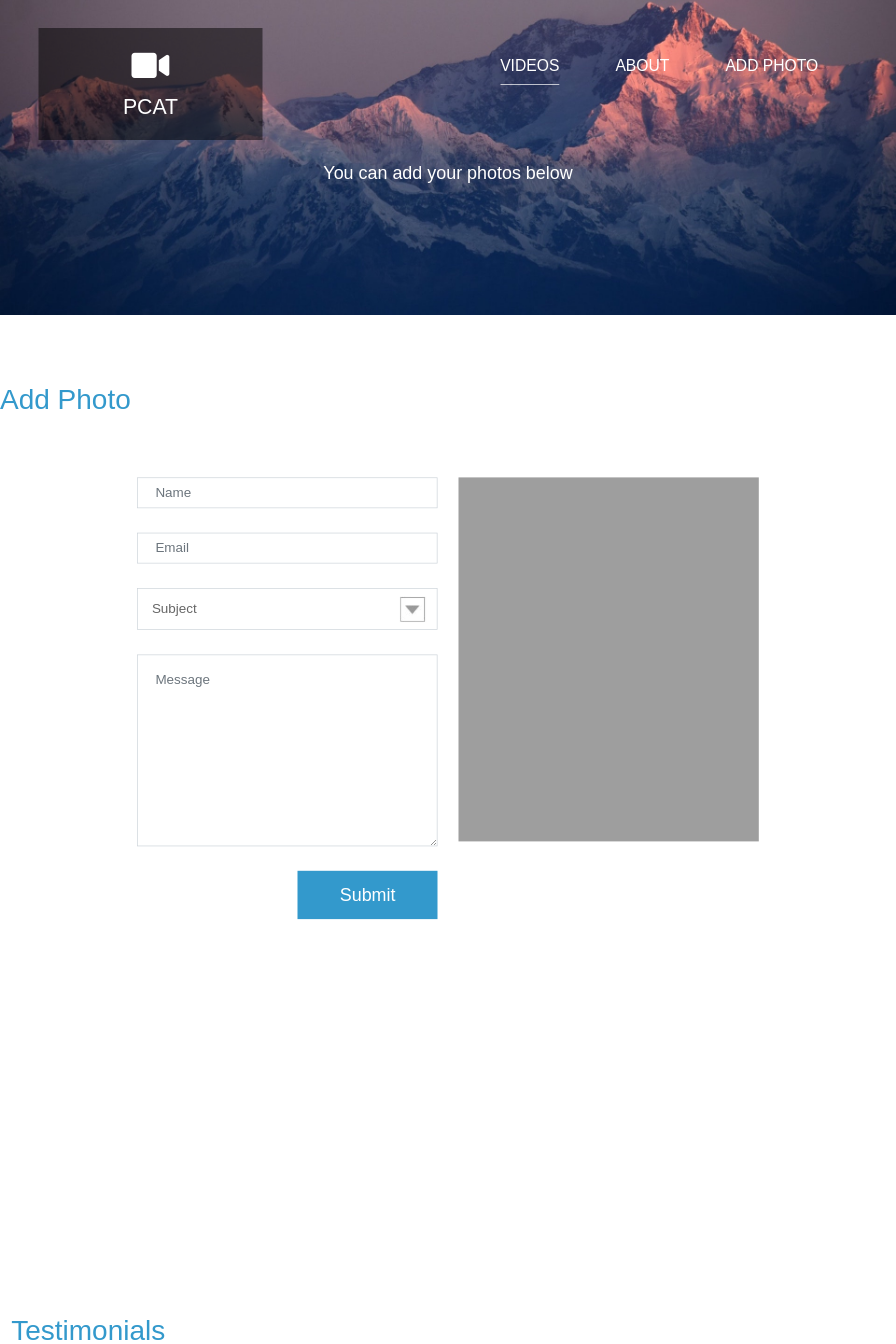
Repository: Marhamat92/PCAT-project-with-node-backend
Page: http://localhost/add
An editor plug-in stored every save of this project. The page is shown before and after the next save, followed by the edit.
The browser window is 1280 px wide. The pictures show the part of the page from y = 0 to 1920 px (the page is 3211 px tall), at 70% of full size.
Pictures or frames that could not be fetched are drawn as grey boxes. Backgrounds fixed to the window are drawn as part of the page. Some web fonts or font styles are not loaded; a fallback is used. The page is served by the project's Node server (app.js).

Above is the page before, as saved 2023-02-20 17:48:06.

### views/add.ejs
<%- include('partials/_header') %>

    <body>
        <div class="tm-page-wrap mx-auto">
            <div class="position-relative">
                <%- include('partials/_navigation') %>
                    <div class="tm-welcome-container tm-fixed-header tm-fixed-header-3">
                        <div class="text-center">
                            <p class="pt-5 px-3 tm-welcome-text tm-welcome-text-2 mb-1 mt-lg-0 mt-5 text-white mx-auto">
                                You can add your photos below
                            </p>
                        </div>
                    </div>

                    <div id="tm-fixed-header-bg"></div> <!-- Header image -->
            </div>

            <!-- Page content -->
            <main>
                <div class="container-fluid px-0">
                    <div class="mx-auto tm-content-container">
                        <div class="row mt-3 mb-5 pb-3">
                            <div class="col-12">

                                <h2 class="tm-page-title mb-4 tm-text-primary">Add Photo</h2>

                            </div>
                        </div>
                        <div class="mx-auto pb-3 tm-about-text-container px-3">
                            <div class="row">
                                <div class="col-lg-6 mb-5">
                                    <form id="contact-form" action="" method="POST" class="tm-contact-form">
                                        <div class="form-group">
                                            <input type="text" name="name" class="form-control rounded-0"
                                                placeholder="Name" required="" />
                                        </div>
                                        <div class="form-group">
                                            <input type="email" name="email" class="form-control rounded-0"
                                                placeholder="Email" required="" />
                                        </div>
                                        <div class="form-group">
                                            <select class="form-control" id="contact-select" name="inquiry">
                                                <option value="-">Subject</option>
                                                <option value="sales">Sales &amp; Marketing</option>
                                                <option value="creative">Creative Design</option>
                                                <option value="uiux">UI / UX</option>
                                            </select>
                                        </div>
                                        <div class="form-group">
                                            <textarea rows="8" name="message" class="form-control rounded-0"
                                                placeholder="Message" required=""></textarea>
                                        </div>

                                        <div class="form-group mb-0">
                                            <button type="submit"
                                                class="btn btn-primary rounded-0 d-block ml-auto mr-0 tm-btn-animate tm-btn-submit tm-icon-submit"><span>Submit</span></button>
                                        </div>
                                    </form>
                                </div>
                                <div class="col-lg-6">
                                    <div class="mapouter mb-60">
                                        <div class="gmap_canvas">
                                            <iframe width="100%" height="520" id="gmap_canvas"
                                                src="https://maps.google.com/maps?q=Av.+L%C3%BAcio+Costa,+Rio+de+Janeiro+-+RJ,+Brazil&t=&z=13&ie=UTF8&iwloc=&output=embed"
                                                frameborder="0" scrolling="no" marginheight="0"
                                                marginwidth="0"></iframe>
                                        </div>
                                    </div>
                                </div>
                            </div>
                        </div>
                    </div>

                    <div class="parallax-window parallax-window-2" data-parallax="scroll"
                        data-image-src="img/contact-2.jpg"></div>

                    <div class="mx-auto tm-content-container mt-4 px-3 mb-3">
                        <div class="row">
                            <div class="col-12">
                                <h2 class="tm-page-title mb-5 tm-text-primary">Testimonials</h2>
                            </div>
                        </div>
                        <div class="row">
                            <div class="col-lg-6 mb-5 pt-3">
                                <div class="media tm-testimonial">
                                    <img class="mr-4 rounded-circle img-fluid" src="img/testimonial-1.jpg"
                                        alt="Generic placeholder image">
                                    <p class="media-body pt-3 tm-testimonial-text">
                                        Vestibulum non lectus id lacus aliquet porttitor in non nulla. Aenean urna diam,
                                        finibys id lorem nec, feugiat convallis dolor. Integer aliquam, eros eget rutrum
                                        iaculis.
                                    </p>
                                </div>
                            </div>
                            <div class="col-lg-6 mb-5 pt-3">
                                <div class="media tm-testimonial">
                                    <img class="mr-4 rounded-circle img-fluid" src="img/testimonial-2.jpg"
                                        alt="Generic placeholder image">
                                    <p class="media-body pt-3 tm-testimonial-text">
                                        Maecenas et libero in eros laoreet finibus sed vitae diam. Etiam consetetur,
                                        nunc sed pretium elementum, diam erat fringilla tortor, placerat condimentum.
                                    </p>
                                </div>
                            </div>
                            <div class="col-lg-6 mb-5 pt-3">
                                <div class="media tm-testimonial">
                                    <img class="mr-4 rounded-circle img-fluid" src="img/testimonial-3.png"
                                        alt="Generic placeholder image">
                                    <p class="media-body pt-3 tm-testimonial-text">
                                        Aliquam tristique ut magna sit amet tincidunt. Sed tempor tellus nulla, molestie
                                        luctus lectus tincidunt id. Cras duismod leo a urna placerat, vel blandit turpis
                                        fermentum.
                                    </p>
                                </div>
                            </div>
                            <div class="col-lg-6 mb-5 pt-3">
                                <div class="media tm-testimonial">
                                    <img class="mr-4 rounded-circle img-fluid" src="img/testimonial-4.png"
                                        alt="Generic placeholder image">
                                    <p class="media-body pt-3 tm-testimonial-text">
                                        Nulla suscipit posuere lectus ut venenatis. Proin sed orci eget tellus euismod
                                        vulputate eu eu arcu. Etiam a bibendum lorem. Cura
                                    </p>
                                </div>
                            </div>
                        </div>
                    </div>
                </div>
            </main>

            <%- include('partials/_footer') %>
        </div>

        <script src="js/jquery-3.4.1.min.js"></script>
        <script src="js/bootstrap.min.js"></script>
        <script src="js/parallax.min.js"></script>
    </body>

    </html>

### views/partials/_header.ejs
<!DOCTYPE html>
<html lang="en">

<head>
  <meta charset="UTF-8">
  <meta name="viewport" content="width=device-width, initial-scale=1.0">
  <title>Video Catalog</title>
  <link rel="stylesheet" href="fontawesome/css/all.min.css"> <!-- https://fontawesome.com/ -->
  <link href="https://fonts.googleapis.com/css2?family=Source+Sans+Pro&display=swap" rel="stylesheet">
  <!-- https://fonts.google.com/ -->
  <link rel="stylesheet" href="css/bootstrap.min.css">
  <link rel="stylesheet" href="css/templatemo-video-catalog.css">
  <!--

TemplateMo 552 Video Catalog

https://templatemo.com/tm-552-video-catalog

-->
</head>

### views/partials/_navigation.ejs
<div class="position-absolute tm-site-header">
  <div class="container-fluid position-relative">
    <div class="row">
      <div class="col-7 col-md-4">
        <a href="/" class="tm-bg-black text-center tm-logo-container">
          <i class="fas fa-video tm-site-logo mb-3"></i>
          <h1 class="tm-site-name">PCAT</h1>
        </a>
      </div>
      <div class="col-5 col-md-8 ml-auto mr-0">
        <div class="tm-site-nav">
          <nav class="navbar navbar-expand-lg mr-0 ml-auto" id="tm-main-nav">
            <button class="navbar-toggler tm-bg-black py-2 px-3 mr-0 ml-auto collapsed" type="button"
              data-toggle="collapse" data-target="#navbar-nav" aria-controls="navbar-nav" aria-expanded="false"
              aria-label="Toggle navigation">
              <span>
                <i class="fas fa-bars tm-menu-closed-icon"></i>
                <i class="fas fa-times tm-menu-opened-icon"></i>
              </span>
            </button>
            <div class="collapse navbar-collapse tm-nav" id="navbar-nav">
              <ul class="navbar-nav text-uppercase">
                <li class="nav-item active">
                  <a class="nav-link tm-nav-link" href="/">Videos <span class="sr-only">(current)</span></a>
                </li>
                <li class="nav-item">
                  <a class="nav-link tm-nav-link" href="/about">About</a>
                </li>
                <li class="nav-item">
                  <a class="nav-link tm-nav-link" href="/add">Add Photo</a>
                </li>
              </ul>
            </div>
          </nav>
        </div>
      </div>
    </div>
  </div>
</div>

### views/partials/_footer.ejs
<div class="container-fluid tm-content-container mx-auto pt-5">
  <!-- Subscribe form and footer links -->
  <div class="row mt-5 pt-3">
    <div class="col-xl-6 col-lg-12 mb-4">
      <div class="tm-bg-gray p-5 h-100">
        <h3 class="tm-text-primary mb-3">Do you want to get our latest updates?</h3>
        <p class="mb-5">Please subscribe our newsletter for upcoming new videos and latest
          information
          about our
          work. Thank you.</p>
        <form action="" method="GET" class="tm-subscribe-form">
          <input type="text" name="email" placeholder="Your Email..." required>
          <button type="submit" class="btn rounded-0 btn-primary tm-btn-small">Subscribe</button>
        </form>
      </div>
    </div>
    <div class="col-xl-3 col-lg-6 col-md-6 col-sm-6 col-12 mb-4">
      <div class="p-5 tm-bg-gray">
        <h3 class="tm-text-primary mb-4">Quick Links</h3>
        <ul class="list-unstyled tm-footer-links">
          <li><a href="#">Duis bibendum</a></li>
          <li><a href="#">Purus non dignissim</a></li>
          <li><a href="#">Sapien metus gravida</a></li>
          <li><a href="#">Eget consequat</a></li>
          <li><a href="#">Praesent eu pulvinar</a></li>
        </ul>
      </div>
    </div>
    <div class="col-xl-3 col-lg-6 col-md-6 col-sm-6 col-12 mb-4">
      <div class="p-5 tm-bg-gray h-100">
        <h3 class="tm-text-primary mb-4">Our Pages</h3>
        <ul class="list-unstyled tm-footer-links">
          <li><a href="#">Our Videos</a></li>
          <li><a href="#">License Terms</a></li>
          <li><a href="#">About Us</a></li>
          <li><a href="#">Contact</a></li>
          <li><a href="#">Privacy Policies</a></li>
        </ul>
      </div>
    </div>
  </div> <!-- row -->

  <footer class="row pt-5">
    <div class="col-12">
      <p class="text-right">Copyright 2020 The Video Catalog Company

        - Designed by <a href="https://templatemo.com" rel="nofollow" target="_parent">TemplateMo</a>
      </p>
    </div>
  </footer>
</div>

Loaded but not shown: public/fontawesome/css/all.min.css (library); public/css/bootstrap.min.css (library); public/js/jquery-3.4.1.min.js (library); public/js/bootstrap.min.js (library); public/js/parallax.min.js (library); app.js (32 lines, source omitted); public/css/templatemo-video-catalog.css (528 lines, source omitted)

After the next save:
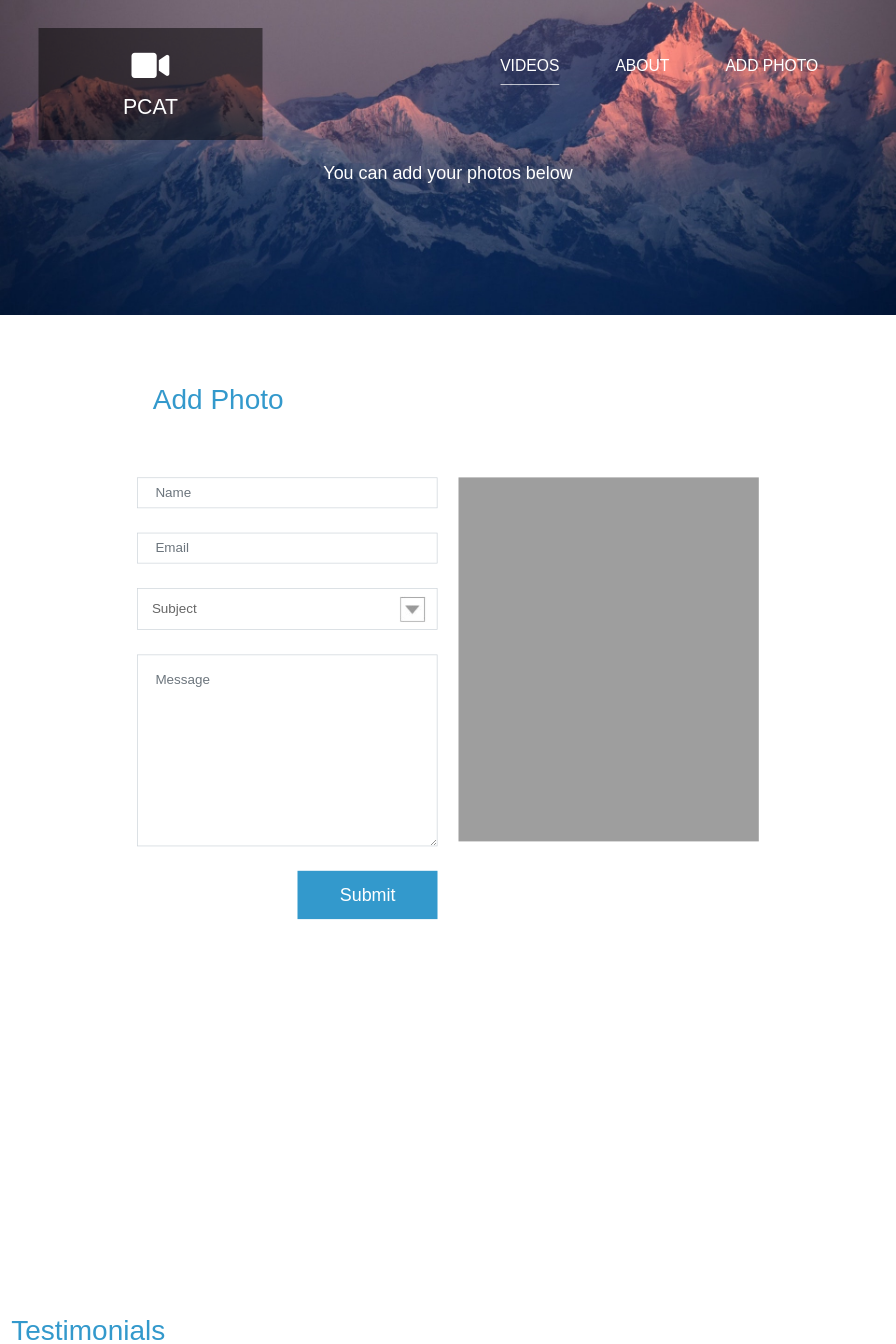
Saved 10 s later.
--- a/views/add.ejs
+++ b/views/add.ejs
@@ -20,7 +20,7 @@
                 <div class="container-fluid px-0">
                     <div class="mx-auto tm-content-container">
                         <div class="row mt-3 mb-5 pb-3">
-                            <div class="col-12">
+                            <div class="offset-2 col-12">
 
                                 <h2 class="tm-page-title mb-4 tm-text-primary">Add Photo</h2>
 
